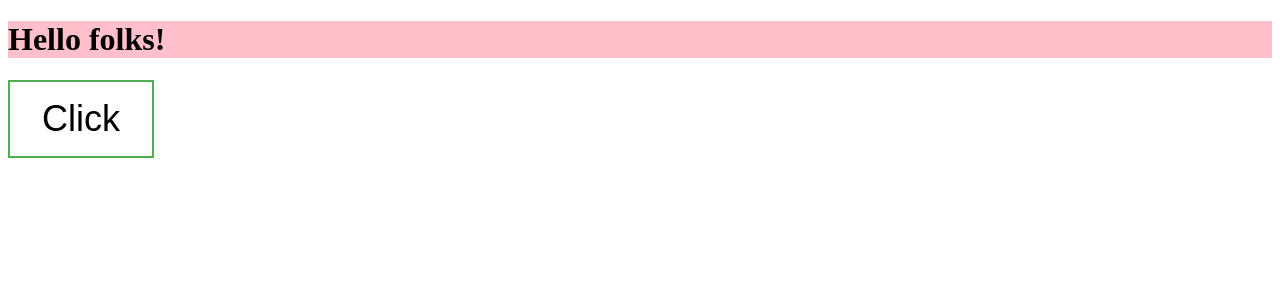
Repository: aakriti-tech/GlobalLogic
Page: Akki/WebContent/index.html
The author's editor kept a copy of each file at every save. The page is drawn from the files as they stood at one save, then again after the next save.
The browser window is 1280 px wide. The pictures show the whole page.

Above is the page before, as saved 2022-08-01 05:47:31.

### Akki/WebContent/index.html
<!DOCTYPE html>
<html>
<head>
<meta charset="ISO-8859-1">
<title>First Web App</title>
<style>
.button1 {
  background-color: white;
  color: black;
  border: 2px solid #4CAF50;
  font-size: 36px;
  padding: 16px 32px;
  text-align: center;
}

.button1:hover {
  background-color: #4CAF50;
  color: white;
}</style>
</head>
<body>

<h1 style="background-color: pink">Hello folks!</h1>
<button class="button button1">Click</button>

</body>
</html>

After the next save:
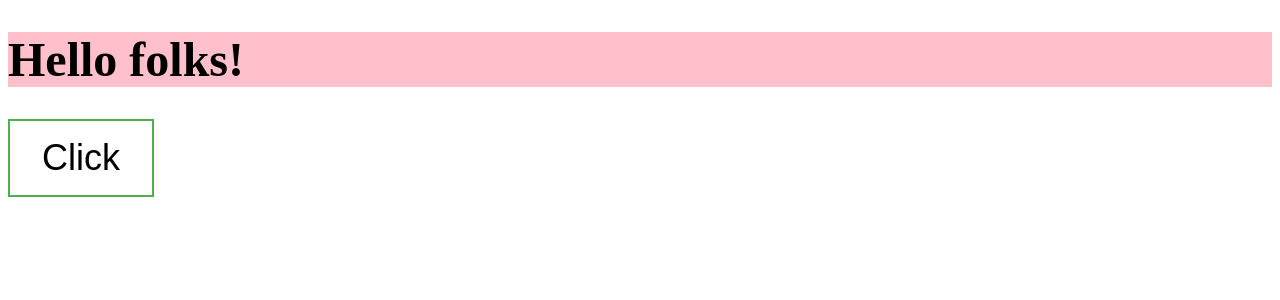
Saved 45 s later.
--- a/Akki/WebContent/index.html
+++ b/Akki/WebContent/index.html
@@ -4,6 +4,9 @@
 <meta charset="ISO-8859-1">
 <title>First Web App</title>
 <style>
+h1{
+font-size:48px;
+}
 .button1 {
   background-color: white;
   color: black;
